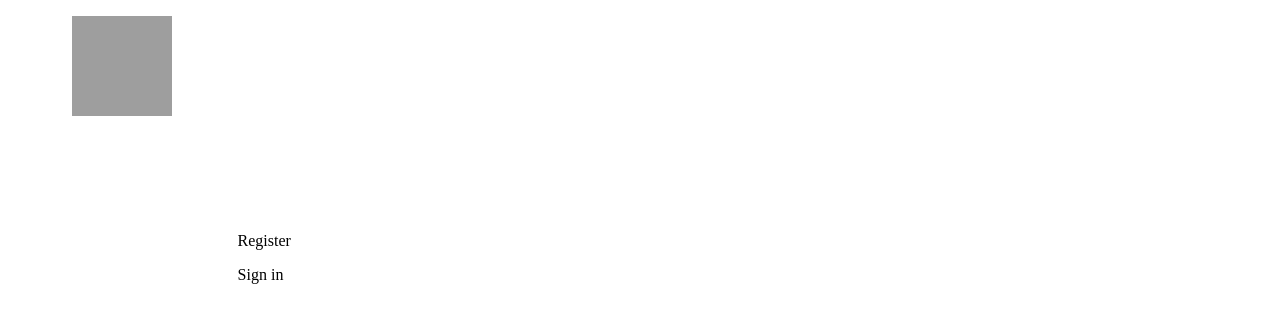
Repository: cb007/cbRepository
Page: http://localhost/SpringMvc/
The author's editor kept a copy of each file at every save. The page is drawn from the files as they stood at one save, then again after the next save.
The browser window is 1280 px wide. The pictures show the whole page.
Pictures or frames that could not be fetched are drawn as grey boxes. The page is served by Tomcat 9. Other server files are loaded and not shown.

Above is the page before, as saved 2017-02-23 11:55:52.

### spring-hibernate/SpringMvc/WebContent/index.jsp
<%@ page language="java" contentType="text/html; charset=ISO-8859-1"
    pageEncoding="ISO-8859-1"%>
<!DOCTYPE html>
<html>
<head>
<meta http-equiv="Content-Type" content="text/html; charset=ISO-8859-1">
<title>Welcome To The World Of Banking</title>
<link type="text/css" rel="stylesheet" href="styles/main.css">
</head>
<body>
<section>
<img src="images/Standard_Chartered.svg">
</section>
<div>
<p>${message}</p>
</div>
<section class="menu">
<ul>Register</ul>
<ul>Sign in</ul>
</section>
</body>
</html>

### spring-hibernate/SpringMvc/WebContent/WEB-INF/dispatcher-servlet.xml
<beans xmlns="http://www.springframework.org/schema/beans"
 xmlns:xsi="http://www.w3.org/2001/XMLSchema-instance"
  xmlns:mvc="http://www.springframework.org/schema/mvc"
  xmlns:context="http://www.springframework.org/schema/context"
  xmlns:tx="http://www.springframework.org/schema/tx"
  xsi:schemaLocation="http://www.springframework.org/schema/mvc
   http://www.springframework.org/schema/mvc/spring-mvc-3.0.xsd
        http://www.springframework.org/schema/beans
         http://www.springframework.org/schema/beans/spring-beans.xsd
        http://www.springframework.org/schema/tx
         http://www.springframework.org/schema/tx/spring-tx-3.0.xsd
        http://www.springframework.org/schema/context
         http://www.springframework.org/schema/context/spring-context-3.0.xsd">

 <mvc:annotation-driven/>
 <mvc:resources location="/images/" mapping="/images/**"/>
 <mvc:resources location="/styles/" mapping="/styles/**"/>
 <context:annotation-config></context:annotation-config>
 <context:component-scan base-package="com.scope.banking"></context:component-scan>

 <!-- view resolver /WEB-INF -->
 <bean class="org.springframework.web.servlet.view.InternalResourceViewResolver">
 	<property name="suffix" value=".jsp"></property>
 </bean>

</beans>

### spring-hibernate/SpringMvc/WebContent/styles/main.css
section
{
	width:10%;
	height:50px;
	margin-left: 5%;

	float:left;
}
div
{
	width:80%;
	height:200px;
	margin-left: 15%;

}
p
{
	margin-left: 25%;
}
img
{
	width:100px;
	height:100px;
	margin-left: 1%;
}
.menu
{
	width:80%;
	height:200px;
	margin-left: 15%;
}

### spring-hibernate/SpringMvc/src/com/scope/banking/controller/WelcomeController.java
package com.scope.banking.controller;

import org.springframework.stereotype.Controller;
import org.springframework.ui.ModelMap;
import org.springframework.web.bind.annotation.RequestMapping;
import org.springframework.web.bind.annotation.RequestMethod;

@Controller
public class WelcomeController {
	@RequestMapping(value="/welcome", method=RequestMethod.GET)
	public String welcomeMessage(ModelMap model){
		System.out.println("/welcome");
		model.addAttribute("message", "Welcome to Retail Workbench");
		return "index";

	}

	@RequestMapping(value="/product", method=RequestMethod.GET)
	public String happyMessage(ModelMap model){
		System.out.println("/product");
		model.addAttribute("message", "Thanks for applying products");
		return "product";

	}
}

After the next save:
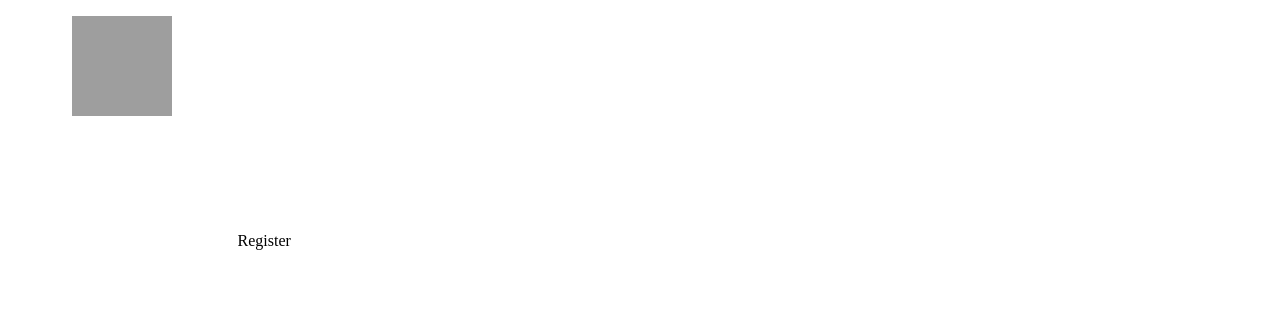
Saved 104 s later.
--- a/spring-hibernate/SpringMvc/WebContent/index.jsp
+++ b/spring-hibernate/SpringMvc/WebContent/index.jsp
@@ -16,7 +16,6 @@
 </div>
 <section class="menu">
 <ul>Register</ul>
-<ul>Sign in</ul>
 </section>
 </body>
 </html>
